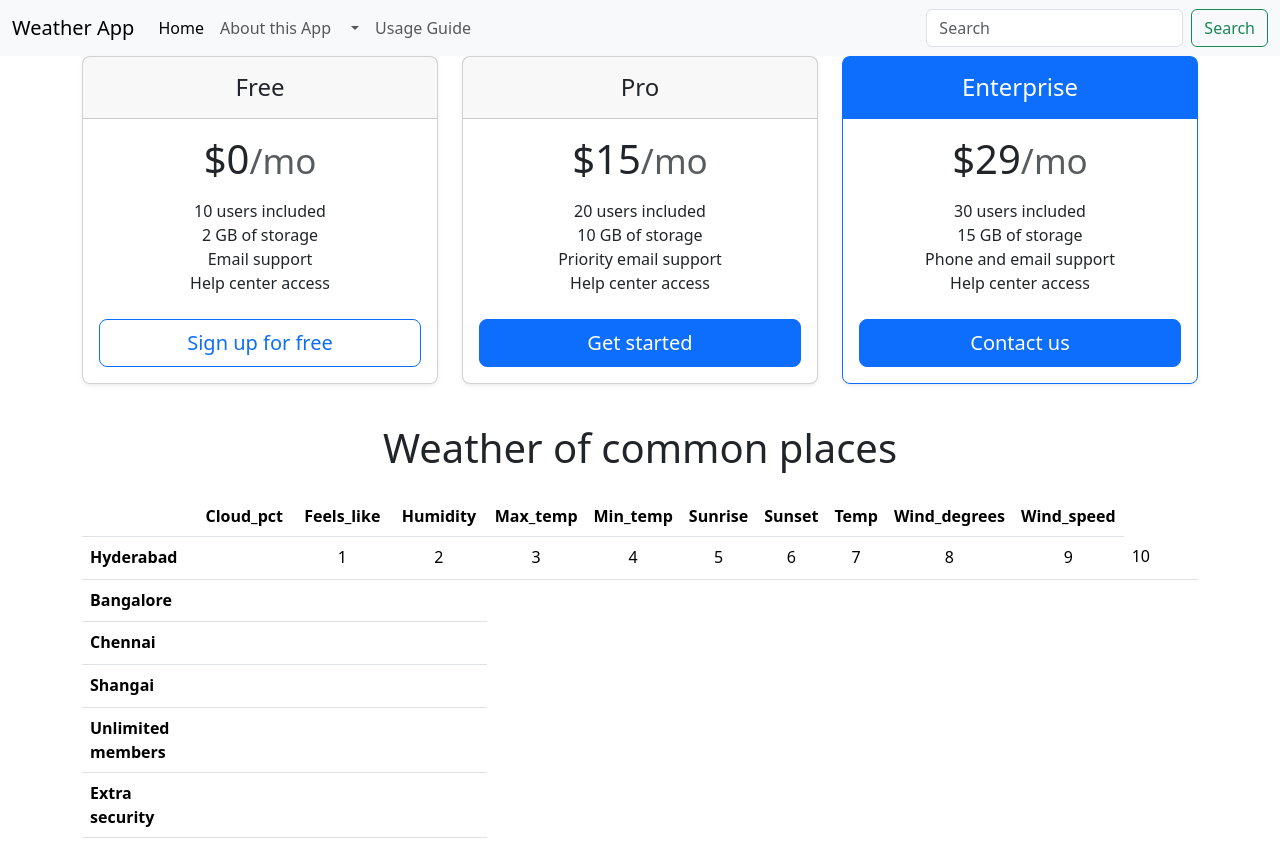
Repository: Abhilash2909/weather
Page: index.html
An editor plug-in stored every save of this project. The page is shown before and after the next save, followed by the edit.
The browser window is 1280 px wide. The pictures show the whole page.
The page's requests for data from a server got no answer.

Above is the page before, as saved 2024-02-11 10:39:22.

After the next save:
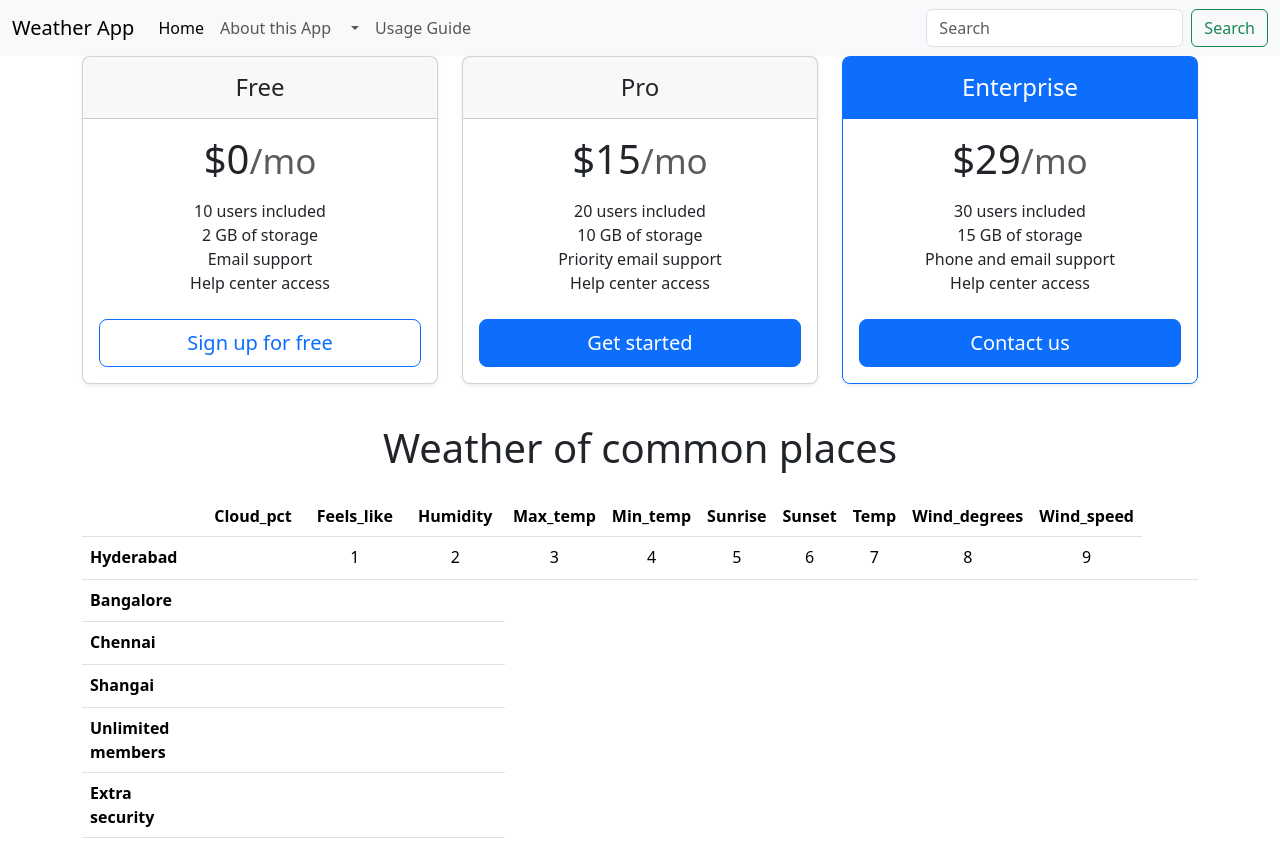
Saved 9 s later.
--- a/index.html
+++ b/index.html
@@ -130,7 +130,7 @@
                 <td>7</td>
                 <td>8</td>
                 <td>9</td>
-                <td>10</td>
+                <td></td>
 
                 <td><svg class="bi" width="24" height="24"><use xlink:href="#check"></use></svg></td>
               </tr>
